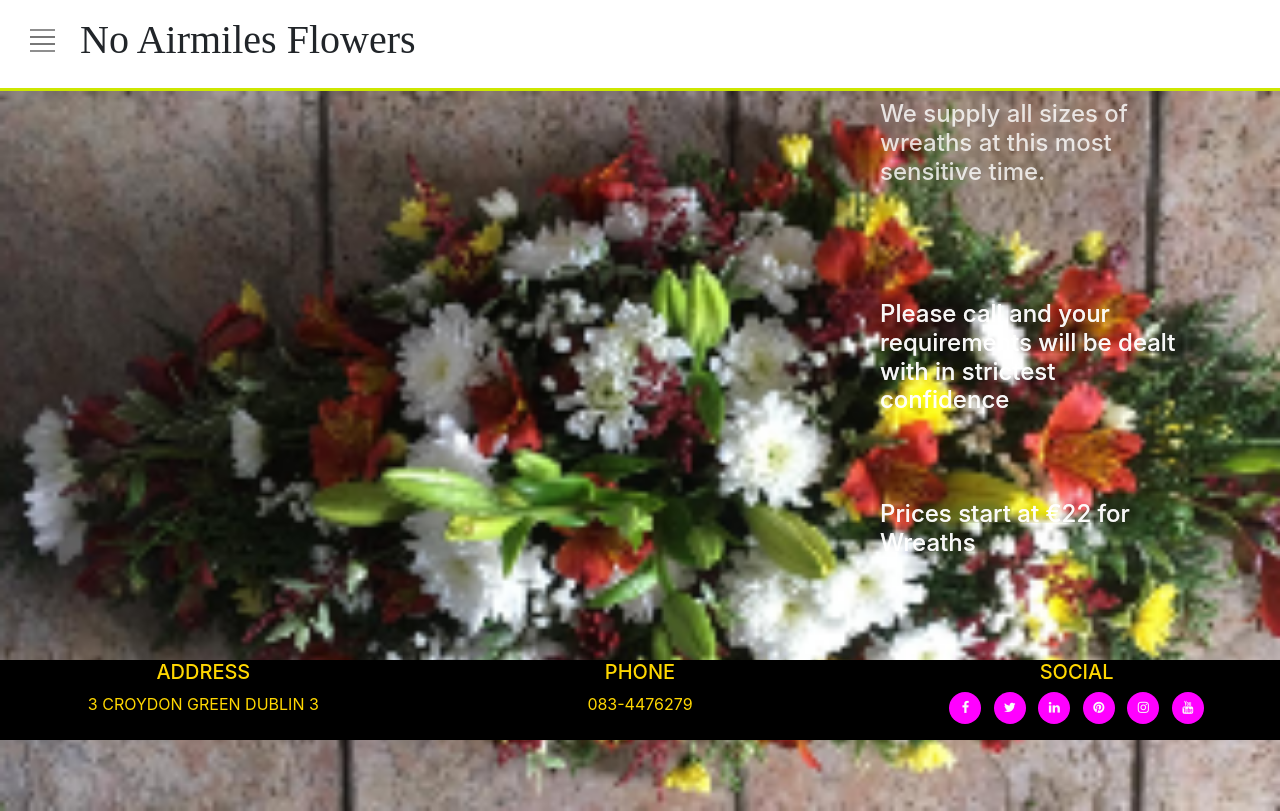
Repository: ConorTC1990/Flowers
Page: wreaths.html
The author's editor kept a record of every edit. The page is drawn from the files as they stood at one moment, then again after the next edit.
The browser window is 1280 px wide. The pictures show the whole page.
Some web libraries are served in a nearby version.

Above is the page before.

### wreaths.html
<!DOCTYPE html>
<html lang="en">
    <div class= "wreathscontainer">
<head>
    <meta charset="UTF-8">
    <meta name="viewport" content="width=device-width, initial-scale=1.0">
    <meta http-equiv="X-UA-Compatible" content="ie=edge">
    <link rel="stylesheet" href="https://maxcdn.bootstrapcdn.com/bootstrap/4.2.1/css/bootstrap.min.css" type="text/css" />
    <link rel="stylesheet" href="https://maxcdn.bootstrapcdn.com/font-awesome/4.7.0/css/font-awesome.min.css" type="text/css" />
    <link rel="stylesheet" href="https://cdnjs.cloudflare.com/ajax/libs/hover.css/2.1.1/css/hover-min.css" type="text/css" />
    <link rel="stylesheet" href="assets/css/style.css">
    <title>No Airmiles Flowers</title>
</head>
<body>
<div>
 <div class="collapsible-menu">
            <input type="checkbox" id="menu">
            <label for="menu">No Airmiles Flowers</label>
            <div class="menu-content">
                <ul>
                    <li><a href="index.html">Home</a></li>
                    <li><a href="weddings.html">Weddings</a></li>
                    <li><a href="Wreaths.html">Wreaths and Funerals</a></li>
                    <li><a href="Contactform.html">Contact</a></li>

                </ul>
            </div>
        </div>




   <div class="WreathsBackground">
         <h4 class="callout">
            We supply all sizes of wreaths at this most sensitive time.</h4>
    <h4 class="callout2">
          Prices start at €22 for Wreaths
        </h4>
         <h4 class="callout3">

        Please call and your requirements will be dealt with in strictest confidence</h4>
        </div>
         <h4 >
            We supply all sizes of wreaths at this most sensitive time.</h4>
    <h4 class="callout2">
          Prices start at €22 for Wreaths
        </h4>
         <h4 class="callout3">

        Please call and your requirements will be dealt with in strictest confidence</h4>
        </div>

       <div class="videoclass2wreaths">
		    <div class=videoclass2padding></div>
		        <ol type="A">
		            <p><li> We supply all sizes of wreaths at this most sensitive time.</li></p>
		            <p><li> We can provide custom wreaths for all memorial services</li></p>
		            <p><li>Prices start at €22 for Wreaths </li></p>
		            <p><li>Please call us at 083-4476279</li></p>
		            <p><li><span class"buttonsticky"><button class= "button"><a href="Contactform.html">Contact</a></button></span></li></p>
		        </ol>

		</div>
    <div class="wreathfooter container-fluid">
<footer class="container-fluid wreathfooter">
        <div id="footer-details" class="row">
            <div class="col-sm-4">
                <h5 class="uppercase general-sub">Address</h5>
                <p class="inline-block">
                    3 Croydon Green
                    Dublin 3
                </p>
            </div>
            <div class="col-sm-4">
                <h5 class="uppercase general-sub">Phone</h5>
                <p class="inline-block">
                    083-4476279

                    </a>
                </p>
            </div>
            <div class="col-sm-4">
                <h5 class="uppercase general-sub">Social</h5>
                <ul class="list-inline social-links">
                    <li class="list-inline-item">
                        <a target="_blank" href="#">
                            <i class="fa fa-facebook" aria-hidden="true"></i>
                            <span class="sr-only">Facebook</span>
                        </a>
                    </li>
                    <li class="list-inline-item">
                        <a target="_blank" href="#">
                            <i class="fa fa-twitter" aria-hidden="true"></i>
                            <span class="sr-only">Twitter</span>
                        </a>
                    </li>
                    <li class="list-inline-item">
                        <a target="_blank" href="#">
                            <i class="fa fa-linkedin" aria-hidden="true"></i>
                            <span class="sr-only">LinkedIn</span>
                        </a>
                    </li>
                    <li class="list-inline-item">
                        <a target="_blank" href="#">
                            <i class="fa fa-pinterest" aria-hidden="true"></i>
                            <span class="sr-only">Pinterest</span>
                        </a>
                    </li>
                    <li class="list-inline-item">
                        <a target="_blank" href="#">
                            <i class="fa fa-instagram" aria-hidden="true"></i>
                            <span class="sr-only">Instagram</span>
                        </a>
                    </li>
                    <li class="list-inline-item">
                        <a target="_blank" href="#">
                            <i class="fa fa-youtube" aria-hidden="true"></i>
                            <span class="sr-only">YouTube</span>
                        </a>
                    </li>
                </ul>
            </div>
        </div>
        </div>
        </div>
    </footer>

</body>

</html>

</div>




</html>

### assets/css/style.css
@import url('https://fonts.googleapis.com/css?family=Roboto:100,200,300,400,500,600,700|Exo:100,200,300,400,500,600,700');
.mission {
	text-transform: uppercase;
	color: green;
}


/* up for deletion*/

@media (min-width: 1200px) .container {
	max-width: 100%;
}

@media (min-width: 992px) .container {
	max-width: 100%;
}

@media (min-width: 768px) .container {
	max-width: 100%;
}

@media (min-width: 576px) .container {
	max-width: 100%;
}


/* up for deletion*/

.container {
	padding-right: 0px;
	padding-left: 0px;
	margin-right: auto;
	margin-left: auto;
}


}
.wreathscontainer {
	padding-right: 0px;
	padding-left: 0px;
	margin-right: auto;
	margin-left: auto;
}

}
.containerweddings {
	padding-right: 0px;
	padding-left: 0px;
	margin-right: auto;
	margin-left: auto;
}

}

/* up for deletion*/
*,
*:before,
*:after {
	-webkit-box-sizing: border-box;
	-moz-box-sizing: border-box;
	box-sizing: border-box;
}
* {
	margin: 0;
	padding: 0;
}
* {
	margin: 0;
	padding: 0;
}
*,
 ::after,
 ::before {
	box-sizing: border-box;
}

}
.title {
	text-align: center;
	color: white;
}
h3 {
	text-transform: uppercase;
	text-align: center;
	color: green;
	background-color: #FF00FF;
	resize: both;
}

/* Buttons*/
.button {
	background-color: #7CFC00;
	text-align: center;
	color: white;
	width: 25%;
	transition-duration: .9s;
	transition-timing-function: ease-in-out;
	z-index: 1;
}
.button:hover {
	background-color: white;
	color: #7CFC00;
}
a:hover {
	background-color: white;
	color: #7CFC00;
}
.sr-only {
	color: white
}
.list-inline-item {
	color: white
}
.infoclass {
	background-color: transparent;
}
#myVideo {
	position: center;
	width: 100%;
	min-height: 100%;
	padding-bottom: 0px;
	padding-right: 0px;
	padding-left: 0px;
}
.col-sm-4 {
	text-align: center;
	border-color: #FF00FF;
}

/* Callout box - fixed position at the bottom of the page */
.callout {
	position:fixed;
	top: 100px;
	right: 100px;
	margin-left: 20px;
	max-width: 300px;
	color: white;
	opacity: 0.8;
}
.callout2 {
	position:fixed;
	top: 500px;
	right: 100px;
	margin-left: 20px;
	max-width: 300px;
	color: white;
	opacity: 0.8;
}
.callout3 {
	position:fixed;
	top: 300px;
	right: 100px;
	margin-left: 250px;
	max-width: 300px;
	color: white;
	opacity: 0.8;
}

/* up for deletion*/
.callout-header {
	padding: 25px 15px;
	background: #555;
	font-size: 30px;
	color: white;
	opacity: 0.8;
}
.col-sm-4 {
	border-color: #FF00FF;
	padding-left: 0px;
	padding-right: 0px;
}
.container-fluid {
	alignment-baseline: text-after-edge;
	border:none;
}
.sticky {
	position: static;
	top: 0;
}
body {
	background-color: #FF00FF;
	padding-left: 0px;
	padding-right: 0px;
}
.list-inline-item {
	text-align: right;
	border-color: #FF00FF;
}
.address {
	text-align: right;
}
head {
	z-index: 1;
	border-collapse: collapse;
	border-color: white;
}

/* -------------- Navbar --------------- */

/* to keep Navbar in place*/
.sticky {
	position:static;
	top: 0;
}

/* Style the navbar */
#navbar {
	overflow: hidden;
	background-color: #333;
}

/* Navbar links */
#navbar a {
	float: left;
	display: block;
	color: #f2f2f2;
	text-align: center;
	padding: 14px;
	text-decoration: none;
}

/* Page content */
.content {
	padding: 16px;
}

/* The sticky class is added to the navbar with JS when it reaches its scroll position */
.sticky {
	position: fixed;
	top: 35px;
	width: 100%;
}
.stickytitle {
	position: fixed;
	top: 0px;
	width: 100%;
	height: 35px;
	z-index: 1;
}

/* Add some top padding to the page content to prevent sudden quick movement (as the navigation bar gets a new position at the top of the page (position:fixed and top:0) */
.sticky+.content {
	padding-top: 60px;
}
.general-sub {
	background-color: #FF00FF;
	border-color: #FF00FF;
	padding-left: 0px;
	padding-right: 0px;
	padding-top: 0px;
}
.list-inline-item {
	color: white
}
title sticky {
	top: 25px
}
.buttonsticky {
	padding-right: 25px
}
.footerpin {
	position: bottom 35px
}
container-fluid sticky {
	padding-bottom: 1000px;
}

/* Footer Styles */
.social-links li a i {
	width: 32px;
	height: 32px;
	padding: 12px 0;
	border-radius: 50%;
	font-size: 13px;
	line-height: 7px;
	text-align: center;
	color: #fafafa;
	background: magenta;
	transition: all 0.35s ease-in-out;
	-moz-transition: all 0.35s ease-in-out;
	-webkit-transition: all 0.35s ease-in-out;
	-o-transition: all 0.35s ease-in-out;
}
.social-links li a i:hover {
	background: #7CFC00;
}
footer {
	text-align: center;
	background-color: #FF00FF;
	color: white;
	text-shadow: none;
	text-transform: uppercase;
	position: fixed;
	position: absolute;
	height: 25px;
	max-height: 10%;
}
.container-fluidf {
	bottom: 10px;
}

/* Wreaths */
.WreathsBackground {
	background-image: url("../images/Wreaths.JPG");
	background-repeat: no-repeat;
	background-size: cover;
	position: absolute;
	resize: both;
	min-width: 100%;
	min-height: 100%;
	max-width: 100%;
	max-height: 100%;
	padding-top: 35px;
	padding-bottom: 60px;
	padding-right: 0px;
	padding-left: 0px;
	z-index: 0;
}
.wreathfooter {
	text-align: center;
	background-color: #FF00FF;
	color: white;
	text-shadow: none;
	text-transform: uppercase;
	position: fixed;
	height: 60px;
	max-height: 10%;
	bottom: 0px;
}

/* Contact */
.ContactBackground {
	background-image: url("../images/flowers.jpg");
	position: absolute;
	resize: both;
	background-repeat: no-repeat;
	background-size: cover;
	min-width: 100%;
	min-height: 100%;
	padding-top: 35px;
	padding-bottom: 35px;
	padding-right: 0px;
	padding-left: 0px;
	z-index: 0;
}

/* ----------- Contact  form------------------*/
.form-style-1 {
	margin:10px auto;
	max-width: 400px;
	padding: 20px 12px 10px 20px;
	font: 13px "Lucida Sans Unicode",
	"Lucida Grande",
	sans-serif;
}
.form-style-1 li {
	padding: 0;
	display: block;
	list-style: none;
	margin: 10px 0 0 0;
}
.form-style-1 label {
	margin:0 0 3px 0;
	padding:0px;
	display:block;
	font-weight: bold;
}
.form-style-1 input[type=text],
.form-style-1 input[type=date],
.form-style-1 input[type=datetime],
.form-style-1 input[type=number],
.form-style-1 input[type=search],
.form-style-1 input[type=time],
.form-style-1 input[type=url],
.form-style-1 input[type=email],
textarea,
select {
	box-sizing: border-box;
	-webkit-box-sizing: border-box;
	-moz-box-sizing: border-box;
	border:1px solid #BEBEBE;
	padding: 7px;
	margin:0px;
	-webkit-transition: all 0.30s ease-in-out;
	-moz-transition: all 0.30s ease-in-out;
	-ms-transition: all 0.30s ease-in-out;
	-o-transition: all 0.30s ease-in-out;
	outline: none;
}
.form-style-1 input[type=text]:focus,
.form-style-1 input[type=date]:focus,
.form-style-1 input[type=datetime]:focus,
.form-style-1 input[type=number]:focus,
.form-style-1 input[type=search]:focus,
.form-style-1 input[type=time]:focus,
.form-style-1 input[type=url]:focus,
.form-style-1 input[type=email]:focus,
.form-style-1 textarea:focus,
.form-style-1 select:focus {
	-moz-box-shadow: 0 0 8px #88D5E9;
	-webkit-box-shadow: 0 0 8px #88D5E9;
	box-shadow: 0 0 8px #88D5E9;
	border: 1px solid #88D5E9;
}
.form-style-1 .field-divided {
	width: 49%;
}
.form-style-1 .field-long {
	width: 100%;
}
.form-style-1 .field-select {
	width: 100%;
}
.form-style-1 .field-textarea {
	height: 100px;
}
.form-style-1 input[type=submit],
.form-style-1 input[type=button] {
	background: #4B99AD;
	padding: 8px 15px 8px 15px;
	border: none;
	color: #fff;
}
.form-style-1 input[type=submit]:hover,
.form-style-1 input[type=button]:hover {
	background: #4691A4;
	box-shadow:none;
	-moz-box-shadow:none;
	-webkit-box-shadow:none;
}
.form-style-1 .required {
	color:red;
}

/* ----------- Contact  form------------------*/

/* ----------- Weddings Background------------------*/
.WeddingsBackground {
	background-image: url("../images/Weddings.PNG");
	position: fixed;
	resize: both;
	padding-top: 35px;
	padding-bottom: 35px;
	padding-right: 0px;
	padding-left: 0px;
	z-index: 0;
	max-width : 100%;
	max-height: 100%;
	min-width: 100%;
	min-height: 100%;
}

/* ----------- Weddings Background------------------*/

/* ----------- Menu Bar------------------*/
.menu-content {
	font-family: 'Oswald',
	sans-serif;
	padding: 0 0 0 50px;
}
.collapsible-menu {
	background-color: rgb(255,
	255,
	255);
	padding: 0px 30px;
	border-bottom: 3px solid #CDE700;
	box-shadow: 1px 2px 3px rgba(0,
	0,
	0,
	0.2);
	opacity: 1;
}
.collapsible-menu ul {
	list-style-type: none;
	padding: 0;
}
.collapsible-menu a {
	display:block;
	padding: 10px;
	text-decoration: none;
}
.collapsible-menu label {
	font-family: 'Sedgwick Ave Display',
	cursive;
	font-size: 40px;
	display: block;
	cursor: pointer;
	background: url(../images/menu.png) no-repeat left center;
	padding: 10px 0 10px 50px;
}
input#menu {
	display: none;
}
input:checked+label {
	background-image: url(../images/close.png);
}
.menu-content {
	max-height: 0;
	overflow: hidden;
	font-family: 'Oswald',
	sans-serif;
	padding: 0 0 0 50px;
}

/* Toggle Effect */
input:checked~label {
	background-image: url(../images/close.png);
}
input:checked~.menu-content {
	max-height: 100%;
}

/* ----------- Menu Bar------------------*/

/* ----------- Consider for Deletion------------------*/

/* test */
* {
	margin: 0;
	padding: 0;
}

/* Icon 0 */
#nav-icon0 {
	width: 30px;
	height: 35px;
	position: relative;
	margin: 50px auto;
	-webkit-transform: rotate(0deg);
	-moz-transform: rotate(0deg);
	-o-transform: rotate(0deg);
	transform: rotate(0deg);
	-webkit-transition: .5s ease-in-out;
	-moz-transition: .5s ease-in-out;
	-o-transition: .5s ease-in-out;
	transition: .5s ease-in-out;
	cursor: pointer;
}

/* Icon 2 */
#nav-icon0 {}
#nav-icon0 span {
	display: block;
	position: absolute;
	height: 2px;
	width: 50%;
	background: #000;
	opacity: 1;
	-webkit-transform: rotate(0deg);
	-moz-transform: rotate(0deg);
	-o-transform: rotate(0deg);
	transform: rotate(0deg);
	-webkit-transition: .25s ease-in-out;
	-moz-transition: .25s ease-in-out;
	-o-transition: .25s ease-in-out;
	transition: .25s ease-in-out;
}
#nav-icon0 span:nth-child(even) {
	left: 50%;
	border-radius: 0 9px 9px 0;
}
#nav-icon0 span:nth-child(odd) {
	left:0px;
	border-radius: 9px 0 0 9px;
}
#nav-icon0 span:nth-child(1),
#nav-icon0 span:nth-child(2) {
	top: 0px;
}
#nav-icon0 span:nth-child(3),
#nav-icon0 span:nth-child(4) {
	top: 10px;
}
#nav-icon0 span:nth-child(5),
#nav-icon0 span:nth-child(6) {
	top: 20px;
}
#nav-icon0.open span:nth-child(1),
#nav-icon0.open span:nth-child(6) {
	-webkit-transform: rotate(45deg);
	-moz-transform: rotate(45deg);
	-o-transform: rotate(45deg);
	transform: rotate(45deg);
}
#nav-icon0.open span:nth-child(2),
#nav-icon0.open span:nth-child(5) {
	-webkit-transform: rotate(-45deg);
	-moz-transform: rotate(-45deg);
	-o-transform: rotate(-45deg);
	transform: rotate(-45deg);
}
#nav-icon0.open span:nth-child(1) {
	left: 0px;
	top: 9px;
}
#nav-icon0.open span:nth-child(2) {
	left: calc(50% - 5px);
	top: 9px;
}
#nav-icon0.open span:nth-child(3) {
	left: -50%;
	opacity: 0;
}
#nav-icon0.open span:nth-child(4) {
	left: 100%;
	opacity: 0;
}
#nav-icon0.open span:nth-child(5) {
	left: 0px;
	top: 19px;
}
#nav-icon0.open span:nth-child(6) {
	left: calc(50% - 5px);
	top: 19px;
}

/* ----------- Consider for Deletion------------------*/
* {
	margin: 0;
	padding: 0;
}

/* Icon 1 */
#nav-icon1,
#nav-icon2,
#nav-icon3,
#nav-icon4 {
	width: 60px;
	height: 45px;
	position: relative;
	margin: 50px auto;
	-webkit-transform: rotate(0deg);
	-moz-transform: rotate(0deg);
	-o-transform: rotate(0deg);
	transform: rotate(0deg);
	-webkit-transition: .5s ease-in-out;
	-moz-transition: .5s ease-in-out;
	-o-transition: .5s ease-in-out;
	transition: .5s ease-in-out;
	cursor: pointer;
}
#nav-icon1 span,
#nav-icon3 span,
#nav-icon4 span {
	display: block;
	position: absolute;
	height: 9px;
	width: 100%;
	background: #d3531a;
	border-radius: 9px;
	opacity: 1;
	left: 0;
	-webkit-transform: rotate(0deg);
	-moz-transform: rotate(0deg);
	-o-transform: rotate(0deg);
	transform: rotate(0deg);
	-webkit-transition: .25s ease-in-out;
	-moz-transition: .25s ease-in-out;
	-o-transition: .25s ease-in-out;
	transition: .25s ease-in-out;
}
#nav-icon1 span:nth-child(1) {
	top: 0px;
}
#nav-icon1 span:nth-child(2) {
	top: 18px;
}
#nav-icon1 span:nth-child(3) {
	top: 36px;
}
#nav-icon1.open span:nth-child(1) {
	top: 18px;
	-webkit-transform: rotate(135deg);
	-moz-transform: rotate(135deg);
	-o-transform: rotate(135deg);
	transform: rotate(135deg);
}
#nav-icon1.open span:nth-child(2) {
	opacity: 0;
	left: -60px;
}
#nav-icon1.open span:nth-child(3) {
	top: 18px;
	-webkit-transform: rotate(-135deg);
	-moz-transform: rotate(-135deg);
	-o-transform: rotate(-135deg);
	transform: rotate(-135deg);
}

/* Icon 2 */
#nav-icon2 {}
#nav-icon2 span {
	display: block;
	position: absolute;
	height: 9px;
	width: 50%;
	background: #d3531a;
	opacity: 1;
	-webkit-transform: rotate(0deg);
	-moz-transform: rotate(0deg);
	-o-transform: rotate(0deg);
	transform: rotate(0deg);
	-webkit-transition: .25s ease-in-out;
	-moz-transition: .25s ease-in-out;
	-o-transition: .25s ease-in-out;
	transition: .25s ease-in-out;
}
#nav-icon2 span:nth-child(even) {
	left: 50%;
	border-radius: 0 9px 9px 0;
}
#nav-icon2 span:nth-child(odd) {
	left:0px;
	border-radius: 9px 0 0 9px;
}
#nav-icon2 span:nth-child(1),
#nav-icon2 span:nth-child(2) {
	top: 0px;
}
#nav-icon2 span:nth-child(3),
#nav-icon2 span:nth-child(4) {
	top: 18px;
}
#nav-icon2 span:nth-child(5),
#nav-icon2 span:nth-child(6) {
	top: 36px;
}
#nav-icon2.open span:nth-child(1),
#nav-icon2.open span:nth-child(6) {
	-webkit-transform: rotate(45deg);
	-moz-transform: rotate(45deg);
	-o-transform: rotate(45deg);
	transform: rotate(45deg);
}
#nav-icon2.open span:nth-child(2),
#nav-icon2.open span:nth-child(5) {
	-webkit-transform: rotate(-45deg);
	-moz-transform: rotate(-45deg);
	-o-transform: rotate(-45deg);
	transform: rotate(-45deg);
}
#nav-icon2.open span:nth-child(1) {
	left: 5px;
	top: 7px;
}
#nav-icon2.open span:nth-child(2) {
	left: calc(50% - 5px);
	top: 7px;
}
#nav-icon2.open span:nth-child(3) {
	left: -50%;
	opacity: 0;
}
#nav-icon2.open span:nth-child(4) {
	left: 100%;
	opacity: 0;
}
#nav-icon2.open span:nth-child(5) {
	left: 5px;
	top: 29px;
}
#nav-icon2.open span:nth-child(6) {
	left: calc(50% - 5px);
	top: 29px;
}

/* Icon 3 */
#nav-icon3 span:nth-child(1) {
	top: 0px;
}
#nav-icon3 span:nth-child(2),
#nav-icon3 span:nth-child(3) {
	top: 18px;
}
#nav-icon3 span:nth-child(4) {
	top: 36px;
}
#nav-icon3.open span:nth-child(1) {
	top: 18px;
	width: 0%;
	left: 50%;
}
#nav-icon3.open span:nth-child(2) {
	-webkit-transform: rotate(45deg);
	-moz-transform: rotate(45deg);
	-o-transform: rotate(45deg);
	transform: rotate(45deg);
}
#nav-icon3.open span:nth-child(3) {
	-webkit-transform: rotate(-45deg);
	-moz-transform: rotate(-45deg);
	-o-transform: rotate(-45deg);
	transform: rotate(-45deg);
}
#nav-icon3.open span:nth-child(4) {
	top: 18px;
	width: 0%;
	left: 50%;
}

/* Icon 4 */
#nav-icon4 {}
#nav-icon4 span:nth-child(1) {
	top: 0px;
	-webkit-transform-origin: left center;
	-moz-transform-origin: left center;
	-o-transform-origin: left center;
	transform-origin: left center;
}
#nav-icon4 span:nth-child(2) {
	top: 18px;
	-webkit-transform-origin: left center;
	-moz-transform-origin: left center;
	-o-transform-origin: left center;
	transform-origin: left center;
}
#nav-icon4 span:nth-child(3) {
	top: 36px;
	-webkit-transform-origin: left center;
	-moz-transform-origin: left center;
	-o-transform-origin: left center;
	transform-origin: left center;
}
#nav-icon4.open span:nth-child(1) {
	-webkit-transform: rotate(45deg);
	-moz-transform: rotate(45deg);
	-o-transform: rotate(45deg);
	transform: rotate(45deg);
	top: -3px;
	left: 8px;
}
#nav-icon4.open span:nth-child(2) {
	width: 0%;
	opacity: 0;
}
#nav-icon4.open span:nth-child(3) {
	-webkit-transform: rotate(-45deg);
	-moz-transform: rotate(-45deg);
	-o-transform: rotate(-45deg);
	transform: rotate(-45deg);
	top: 39px;
	left: 8px;
}

/* ----------- Consider for Deletion------------------*/
.container {
	padding-right: 0px;
	padding-left: 0px;
	margin-right: auto;
	margin-left: auto;
}
.videoclass {
	min-height: 100%;
	min-width: 100%;
	padding-bottom: 60px;
}
@media (max-width: 40em) {
	.videoclass {
		display: none;
	}
}
@media (max-width: 40em) {
	.WreathsBackground {
		display: none;
	}
}
@media (min-width: 40em) {
	.videoclass2paddingweddings {
		display: none;
	}
}
@media (min-width: 40em) {
	.videoclass2 {
		display: none;
	}
}
@media (min-width: 40em) {
	.videoclass2wreaths {
		display: none;
	}
}
@media (max-width: 40em) {
	.callout {
		display: none;
	}
}
@media (max-width: 70em) {
	.callout2 {
		display: none;
	}
}
@media (max-width: 40em) {
	.WeddingsBackground {
		display: none;
	}
}
@media (max-width: 40em) {
	.callout3 {
		display: none;
	}
}
.videoclass2 {
	background-image:url("../images/flowers.jpg");
	width: 100%;
	height: 100%;
	min-height: 625px;
	opacity: 1;
	text-size: 30px;
	text-transform: uppercase;
	color: white;
	list-style: circle;
	line-height:!important;
	25px;
	text-align: center;
}
.videoclass2weddings {
	background-image:url("../images/wedding flowers.jpg");
	width: 100%;
	height: 100%;
	background-repeat: no-repeat;
	background-size: cover;
	min-height: 625px;
	opacity: 1;
	text-size: 30px;
	text-transform: uppercase;
	color: black;
	list-style: circle;
	line-height:!important;
	25px;
	text-align: center;
	padding-top: 30px;
	z-index: 2;
}
.videoclass2weddings {
	padding-top: 60px
}
@media (min-width: 40em) {
	.videoclass2 {
		display: none;
	}
}
.videoclass2wreaths {
	background-image:url("../images/Wreaths.1.JPG");
	width: 100%;
	height: 100%;
	min-height: 650px;
	opacity: 1;
	text-size: 30px;
	text-transform: uppercase;
	color: white;
	list-style: circle;
	line-height:!important;
	25px;
	text-align: center;
	padding-top: 35px;
}
.videoclass2weddings {
	padding-top: 0px
}
@media (min-width: 40em) {
	.videoclass2weddings {
		display: none;
	}
}
@media (max-width: 40em) {
	h4 {
		display: none;
	}
}
.container-fluid {
	width: 100%;
	padding-right: 0px;
	padding-left: 0px;
	margin-right: auto;
	margin-left: auto;
}
.wreathfooter {
	text-align: center;
	background-color: #FF00FF;
	color: gold;
	text-shadow: none;
	text-transform: uppercase;
	position: fixed;
	height: 60px;
	max-height: 10%;
	bottom: 0px;
}
.general-sub {
	background-color: black;
	border-color: black;
	padding-left: 0px;
	padding-right: 0px;
	padding-top: 0px;
}
.col-sm-4 {
	text-align: center;
	/* border-color: #FF00FF; */
	background-color: black;
}
.list-inline-item {
	color: black;
}
.list-inline-item {
	text-align: right;
	border-color: black;
}

After the next edit:
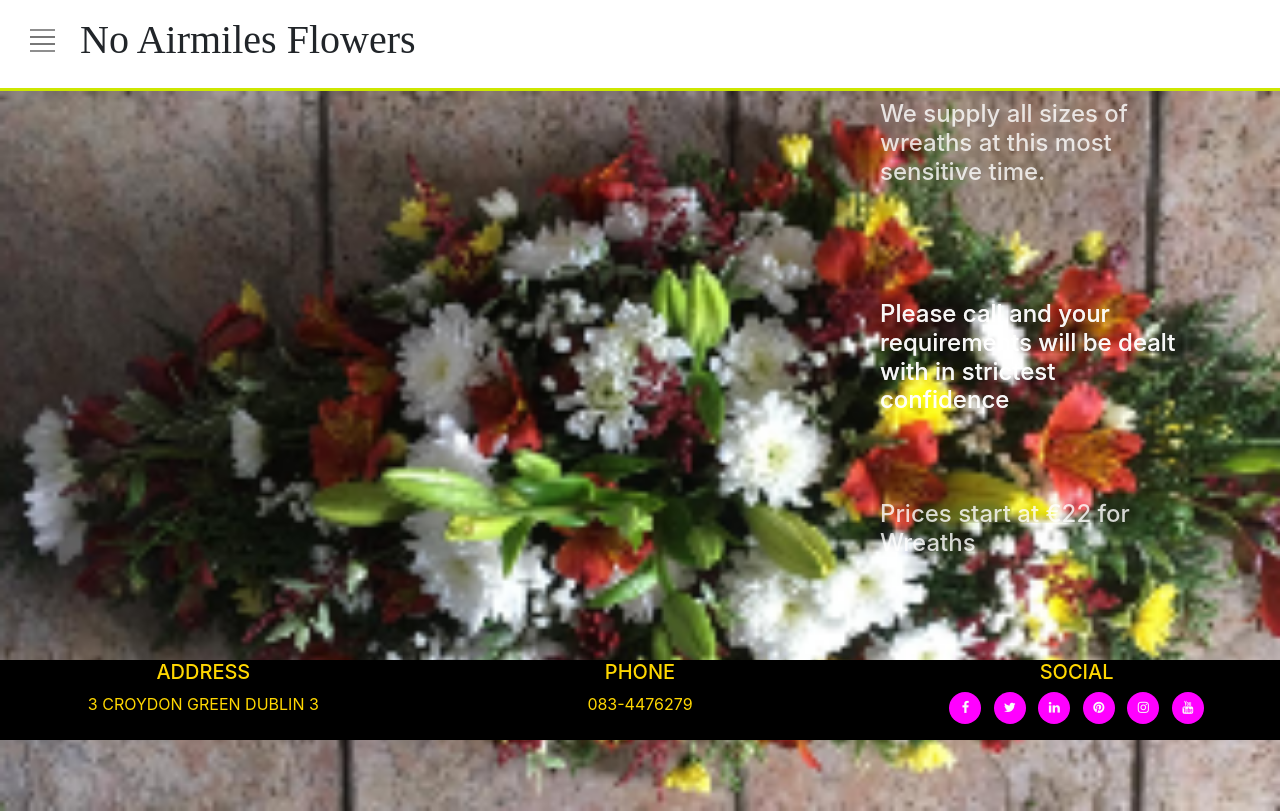
The edit:
--- a/wreaths.html
+++ b/wreaths.html
@@ -42,7 +42,7 @@
         </div>
          <h4 >
             We supply all sizes of wreaths at this most sensitive time.</h4>
-    <h4 class="callout2">
+    <h4 >
           Prices start at €22 for Wreaths
         </h4>
          <h4 class="callout3">
